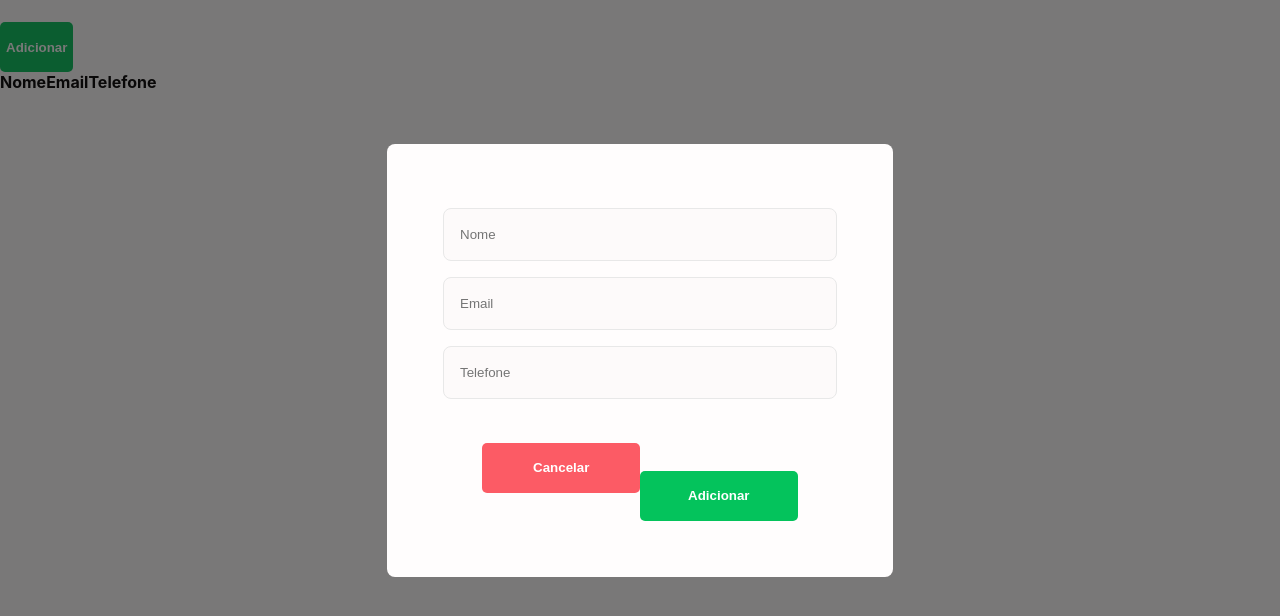
Repository: Henry-Loiola/agenda-contatos
Page: /, after clicking the first element matching `button.btn`
An editor plug-in stored every save of this project. The page is shown before and after a run of saves, followed by the edit.
The browser window is 1280 px wide. The pictures show the whole page.
The project was rebuilt for these pictures with package versions that can differ from the ones it lists, and the page was loaded fresh each time.

Above is the page before, as saved 2024-08-19 20:09:04.

After the next 2 saves:
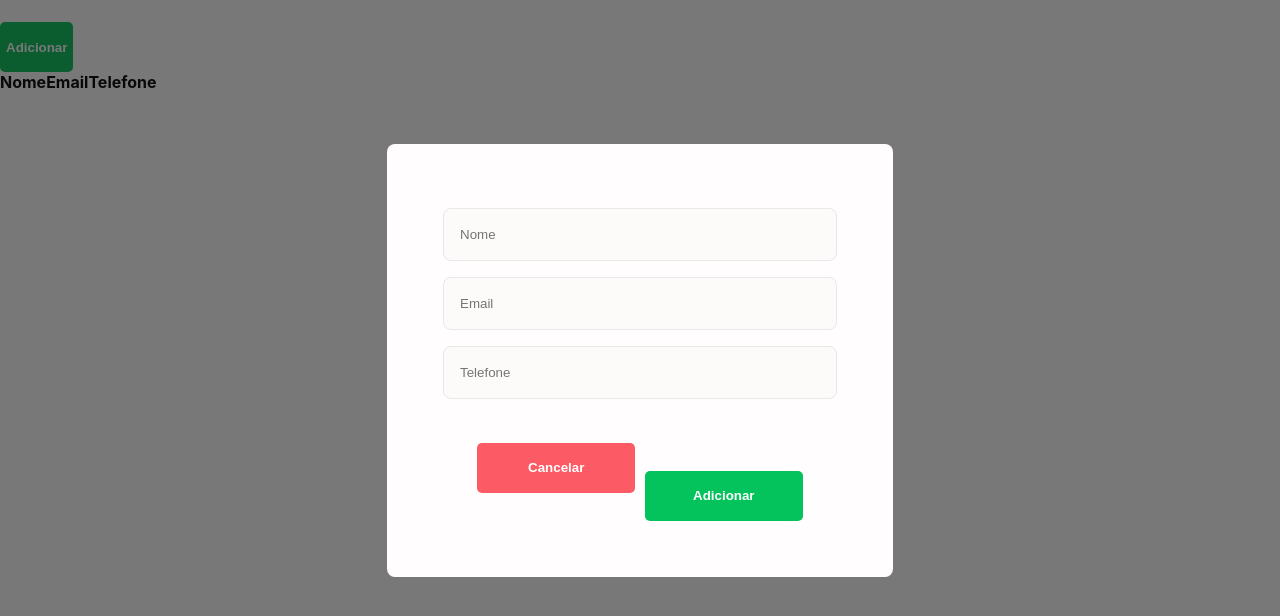
The 2 saves are shown as one change because they came seconds apart.
The last was saved 5 s later.
--- a/src/components/ModalAddEdit/styles.css
+++ b/src/components/ModalAddEdit/styles.css
@@ -25,7 +25,7 @@
     display: flex;
     align-items: center;
     justify-content: center;
-    gap:
+    gap: 10px;
 
   }
   .buttons-confirm button {
